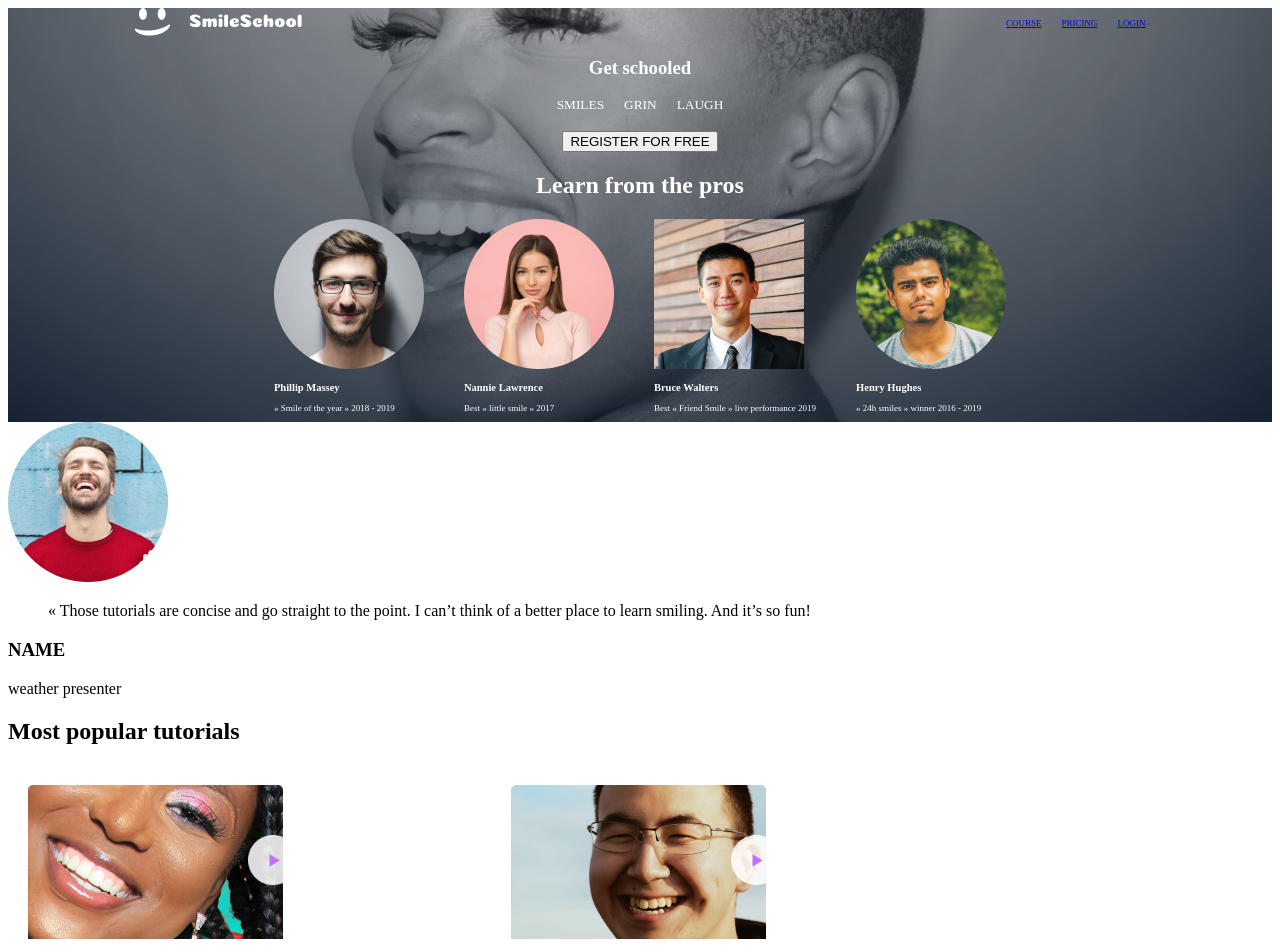
Repository: mwihakiann/alx_html_css
Page: css_advanced/index.html
The author's editor kept a copy of each file at every save. The page is drawn from the files as they stood at one save, then again after the next save.
The browser window is 1280 px wide. The pictures show the part of the page from y = 0 to 952 px (the page is 3272 px tall).
A picture or video elsewhere on the page could not be fetched, so the positions and the page height are approximate. Some web libraries are served in a nearby version.

Above is the page before, as saved 2025-09-28 17:54:59.

After the next save:
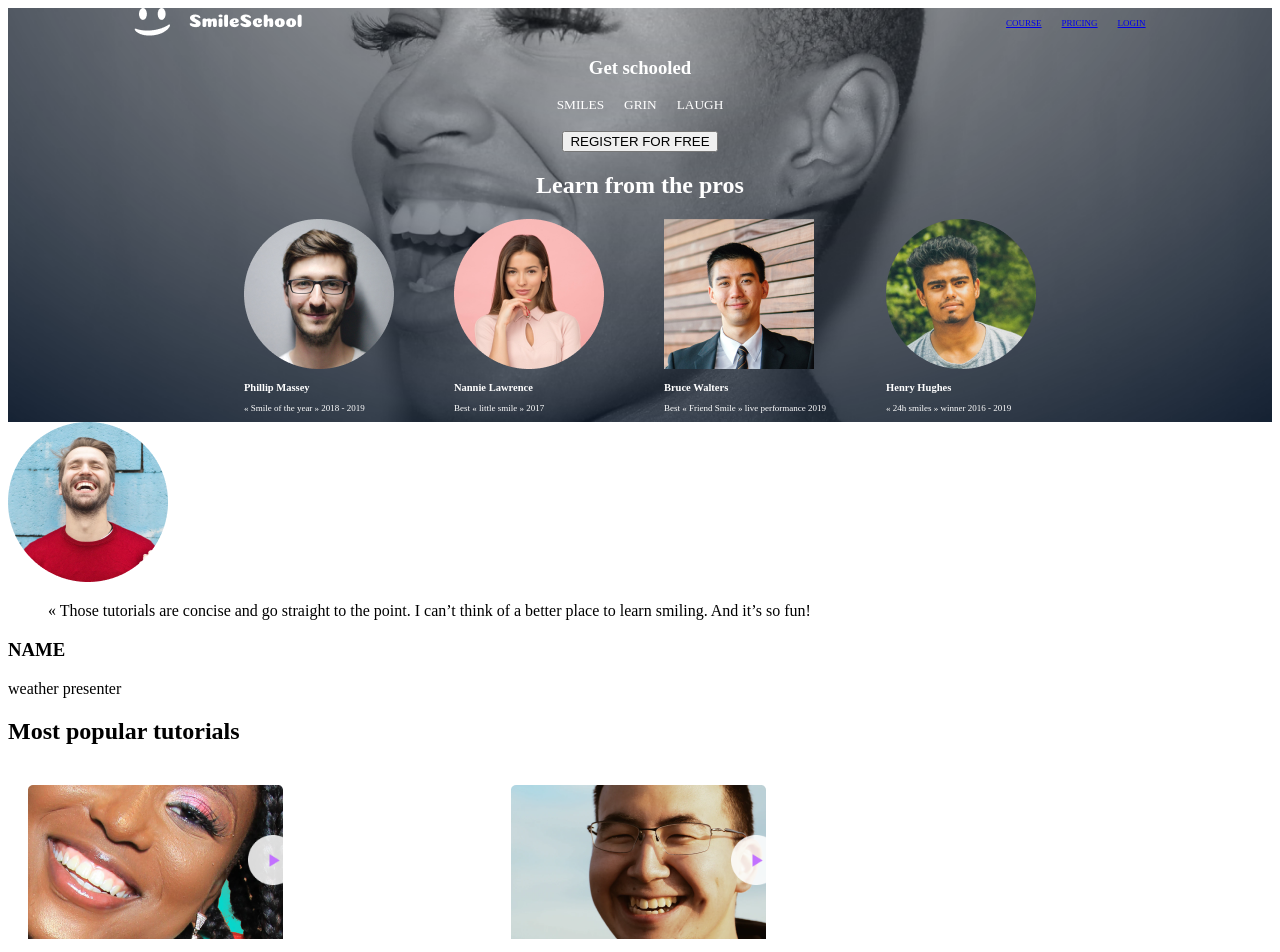
Saved 22 s later.
--- a/css_advanced/styles.css
+++ b/css_advanced/styles.css
@@ -39,7 +39,7 @@ h1{
 .pros{
     display: flex;
     font-size:xx-small;
-    gap: 40px;
+    gap: 60px;
 }
 .horizontal-stack{
    display: flex;
